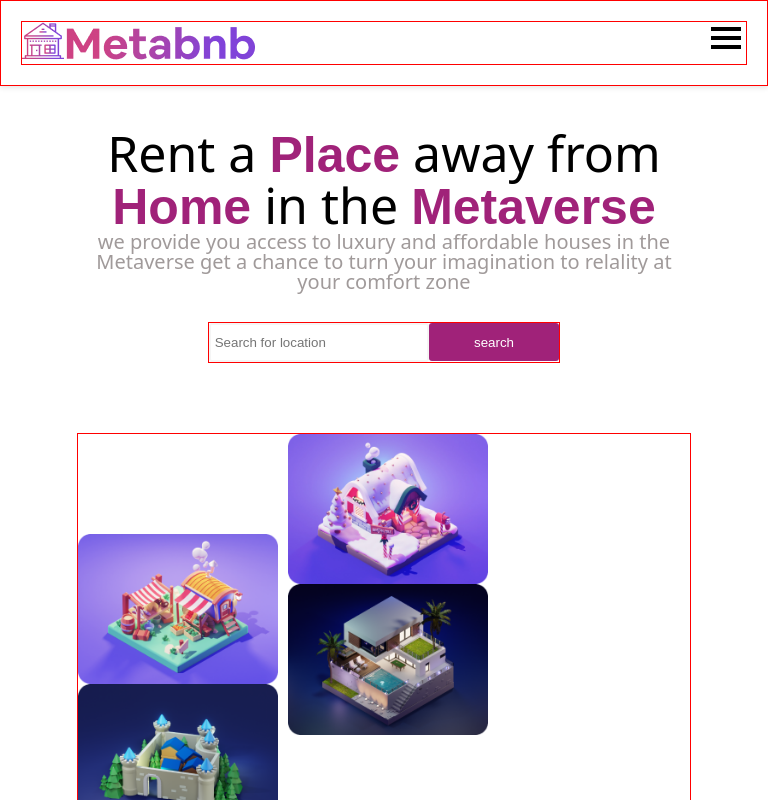
Repository: trenzyfx1/Metabnb
Page: index.html
These files come from the project's save history. The page is drawn as it stood at one moment and after the next save; the edit follows.
The browser window is 768 px wide. The pictures show the whole page.
An inner scrolling area shows only its first screen.

Above is the page before, as saved 2025-05-12 15:13:54.

After the next save:
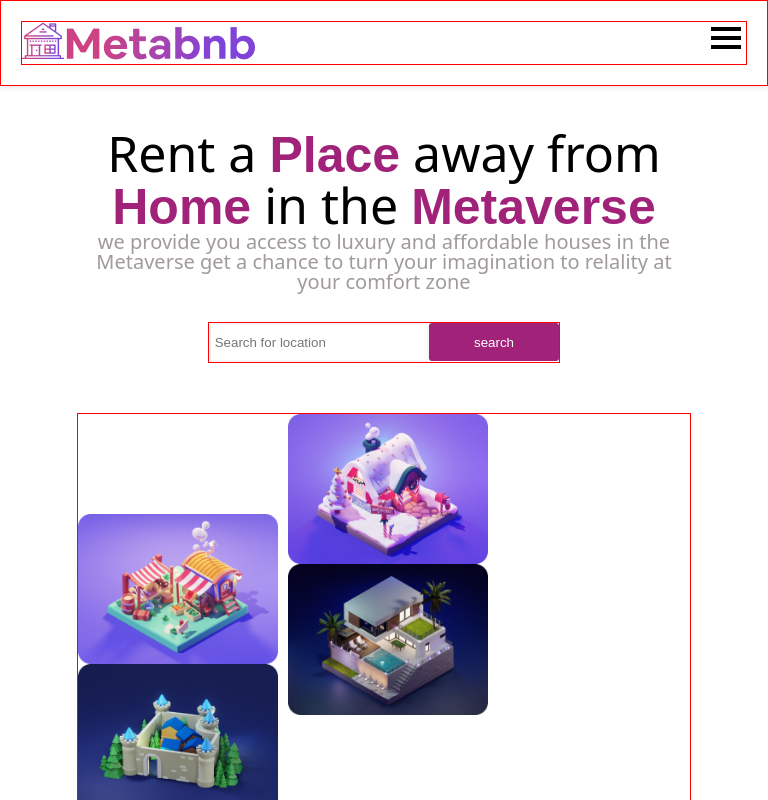
Saved 5 s later.
--- a/style.css
+++ b/style.css
@@ -444,7 +444,7 @@
 
 
     .image-container {
-        margin: 20px auto;
+        /* margin: 20px auto; */
         max-width: 100%;
         /* margin-left: 70px; */
 

After the save that followed:
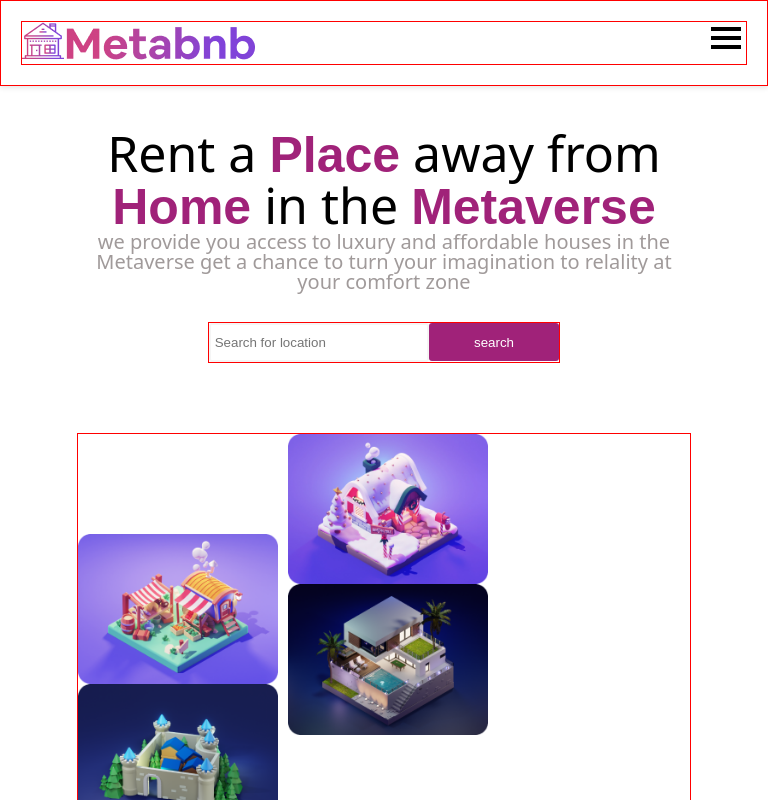
Saved 6 s later.
--- a/style.css
+++ b/style.css
@@ -444,7 +444,7 @@
 
 
     .image-container {
-        /* margin: 20px auto; */
+        margin: 20px auto;
         max-width: 100%;
         /* margin-left: 70px; */
 
